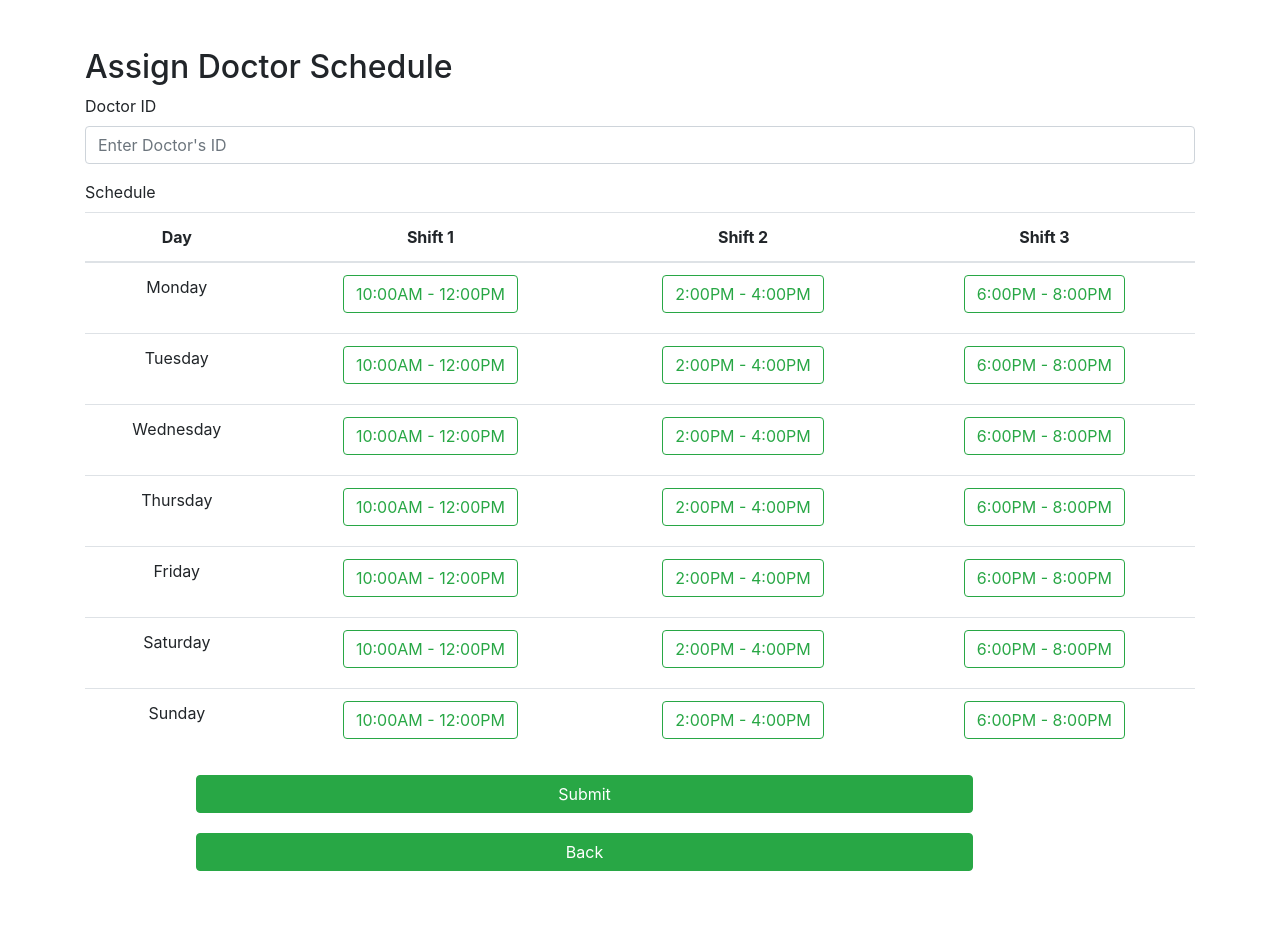
Repository: theonlymono/FitfinityHealthcareWebsiteJ2EE
Page: http://localhost/Fitfinity/DrSchedule.jsp
An editor plug-in stored every save of this project. The page is shown before and after a run of saves, followed by the edit.
The browser window is 1280 px wide. The pictures show the whole page.
Some web libraries are served in a nearby version. The page is served by Tomcat 9. Other server files are loaded and not shown.

Above is the page before, as saved 2024-02-27 18:26:40.

### fitfinity/Fitfinity/WebContent/DrSchedule.jsp
<%@ page language="java" contentType="text/html; charset=UTF-8" pageEncoding="UTF-8"%>
<!DOCTYPE html>
<html lang="en">
<head>
  <meta charset="UTF-8">
  <meta name="viewport" content="width=device-width, initial-scale=1.0">
  <title>Assign Doctor Schedule</title>
  <!-- Bootstrap CSS -->
  <link href="https://stackpath.bootstrapcdn.com/bootstrap/4.5.2/css/bootstrap.min.css" rel="stylesheet">
  <!-- Custom CSS -->
  <style>
    /* Add custom styles here */
    .shift-btn {
      margin-right: 10px;
      margin-bottom: 5px;
      display: none; /* Hide actual checkboxes */
    }
    .shift-btn.active-label {
      background-color: #007bff;
      color: #fff;
    }
    .shift-btn.active-label::before {
      content: "✔"; /* Display checkmark */
      margin-right: 5px;
    }
    .shift-btn:checked + label {
      background-color: #007bff;
      color: #fff;
    }
    th {
      text-align: center;
    }
    td {
      text-align: center;
    }
    .ddd{
     te
    }
  </style>
</head>
<body>
  <div class="container">
    <h2 class="mt-5">Assign Doctor Schedule</h2>
    <form action="AddDoctorSchedule" method="post">
      <div class="form-group">
        <label for="doctorID">Doctor ID</label>
        <input type="text" class="form-control" id="doctorID" name="doctorID" placeholder="Enter Doctor's ID">
      </div>
      <div class="form-group">
        <label>Schedule</label>
        <table class="table">
          <thead>
            <tr>
              <th>Day</th>
              <th>Shift 1</th>
              <th>Shift 2</th>
              <th>Shift 3</th>
            </tr>
          </thead>
          <tbody>
            <tr>
              <td>Monday</td>
              <td>
                <input type="checkbox" id="mondayShift1" class="shift-btn" name="shift" value="Monday,10:00AM - 12:00PM">
                <label for="mondayShift1" class="btn btn-outline-success shift-btn-label">10:00AM - 12:00PM</label>
              </td>
              <td>
                <input type="checkbox" id="mondayShift2" class="shift-btn" name="shift" value="Monday,2:00PM - 4:00PM">
                <label for="mondayShift2" class="btn btn-outline-success shift-btn-label">2:00PM - 4:00PM</label>
              </td>
              <td>
                <input type="checkbox" id="mondayShift3" class="shift-btn" name="shift" value="Monday,6:00PM - 8:00PM">
                <label for="mondayShift3" class="btn btn-outline-success shift-btn-label">6:00PM - 8:00PM</label>
              </td>
            </tr>
            <!-- Repeat rows for other days -->
            <!-- Tuesday -->
            <tr>
              <td>Tuesday</td>
              <td>
                <input type="checkbox" id="tuesdayShift1" class="shift-btn" name="shift" value="Tuesday,10:00AM - 12:00PM">
                <label for="tuesdayShift1" class="btn btn-outline-success shift-btn-label">10:00AM - 12:00PM</label>
              </td>
              <td>
                <input type="checkbox" id="tuesdayShift2" class="shift-btn" name="shift" value="Tuesday,2:00PM - 4:00PM">
                <label for="tuesdayShift2" class="btn btn-outline-success shift-btn-label">2:00PM - 4:00PM</label>
              </td>
              <td>
                <input type="checkbox" id="tuesdayShift3" class="shift-btn" name="shift" value="Tuesday,6:00PM - 8:00PM">
                <label for="tuesdayShift3" class="btn btn-outline-success shift-btn-label">6:00PM - 8:00PM</label>
              </td>
            </tr>
            <!-- Repeat rows for other days -->
            <!-- Wednesday -->
            <tr>
              <td>Wednesday</td>
              <td>
                <input type="checkbox" id="wednesdayShift1" class="shift-btn" name="shift" value="Wednesday,10:00AM - 12:00PM">
                <label for="wednesdayShift1" class="btn btn-outline-success shift-btn-label">10:00AM - 12:00PM</label>
              </td>
              <td>
                <input type="checkbox" id="wednesdayShift2" class="shift-btn" name="shift" value="Wednesday,2:00PM - 4:00PM">
                <label for="wednesdayShift2" class="btn btn-outline-success shift-btn-label">2:00PM - 4:00PM</label>
              </td>
              <td>
                <input type="checkbox" id="wednesdayShift3" class="shift-btn" name="shift" value="Wednesday,6:00PM - 8:00PM">
                <label for="wednesdayShift3" class="btn btn-outline-success shift-btn-label">6:00PM - 8:00PM</label>
              </td>
            </tr>
            <!-- Repeat rows for other days -->
            <!-- Thursday -->
            <tr>
              <td>Thursday</td>
              <td>
                <input type="checkbox" id="thursdayShift1" class="shift-btn" name="shift" value="Thursday,10:00AM - 12:00PM">
                <label for="thursdayShift1" class="btn btn-outline-success shift-btn-label">10:00AM - 12:00PM</label>
              </td>
              <td>
                <input type="checkbox" id="thursdayShift2" class="shift-btn" name="shift" value="Thursday,2:00PM - 4:00PM">
                <label for="thursdayShift2" class="btn btn-outline-success shift-btn-label">2:00PM - 4:00PM</label>
              </td>
              <td>
                <input type="checkbox" id="thursdayShift3" class="shift-btn" name="shift" value="Thursday,6:00PM - 8:00PM">
                <label for="thursdayShift3" class="btn btn-outline-success shift-btn-label">6:00PM - 8:00PM</label>
              </td>
            </tr>
            <!-- Repeat rows for other days -->
            <!-- Friday -->
            <tr>
              <td>Friday</td>
              <td>
                <input type="checkbox" id="fridayShift1" class="shift-btn" name="shift" value="Friday,10:00AM - 12:00PM">
                <label for="fridayShift1" class="btn btn-outline-success shift-btn-label">10:00AM - 12:00PM</label>
              </td>
              <td>
                <input type="checkbox" id="fridayShift2" class="shift-btn" name="shift" value="Friday,2:00PM - 4:00PM">
                <label for="fridayShift2" class="btn btn-outline-success shift-btn-label">2:00PM - 4:00PM</label>
              </td>
              <td>
                <input type="checkbox" id="fridayShift3" class="shift-btn" name="shift" value="Friday,6:00PM - 8:00PM">
                <label for="fridayShift3" class="btn btn-outline-success shift-btn-label">6:00PM - 8:00PM</label>
              </td>
            </tr>
            <!-- Repeat rows for other days -->
            <!-- Saturday -->
            <tr>
              <td>Saturday</td>
              <td>
                <input type="checkbox" id="saturdayShift1" class="shift-btn" name="shift" value="Saturday,10:00AM - 12:00PM">
                <label for="saturdayShift1" class="btn btn-outline-success shift-btn-label">10:00AM - 12:00PM</label>
              </td>
              <td>
                <input type="checkbox" id="saturdayShift2" class="shift-btn" name="shift" value="Saturday,2:00PM - 4:00PM">
                <label for="saturdayShift2" class="btn btn-outline-success shift-btn-label">2:00PM - 4:00PM</label>
              </td>
              <td>
                <input type="checkbox" id="saturdayShift3" class="shift-btn" name="shift" value="Saturday,6:00PM - 8:00PM">
                <label for="saturdayShift3" class="btn btn-outline-success shift-btn-label">6:00PM - 8:00PM</label>
              </td>
            </tr>
            <!-- Repeat rows for other days -->
            <!-- Sunday -->
            <tr>
              <td>Sunday</td>
              <td>
                <input type="checkbox" id="sundayShift1" class="shift-btn" name="shift" value="Sunday,10:00AM - 12:00PM">
                <label for="sundayShift1" class="btn btn-outline-success shift-btn-label">10:00AM - 12:00PM</label>
              </td>
              <td>
                <input type="checkbox" id="sundayShift2" class="shift-btn" name="shift" value="Sunday,2:00PM - 4:00PM">
                <label for="sundayShift2" class="btn btn-outline-success shift-btn-label">2:00PM - 4:00PM</label>
              </td>
              <td>
                <input type="checkbox" id="sundayShift3" class="shift-btn" name="shift" value="Sunday,6:00PM - 8:00PM">
                <label for="sundayShift3" class="btn btn-outline-success shift-btn-label">6:00PM - 8:00PM</label>
              </td>
            </tr>
          </tbody>
        </table>
      </div>
      <button style="margin-left: 10%; width: 70%; " type="submit" class="btn btn-success">Submit</button>
    </form>
    <button style="margin-top: 20px; margin-left: 10%; width: 70%; " type="submit" class="btn btn-success">Back</button>
    <br>
    <br>
    <br>
    <br>
  </div>

  <!-- Bootstrap JS -->
  <script src="https://code.jquery.com/jquery-3.5.1.slim.min.js"></script>
  <script src="https://cdn.jsdelivr.net/npm/@popperjs/core@2.5.4/dist/umd/popper.min.js"></script>
  <script src="https://stackpath.bootstrapcdn.com/bootstrap/4.5.2/js/bootstrap.min.js"></script>
  <!-- Custom JS -->
  <script>
    // Disable selecting other shifts in the same day once one shift is selected
    $('.shift-btn').click(function() {
      var day = $(this).parent().prevAll('td').last().text().trim();
      $('.shift-btn').each(function() {
        if ($(this).parent().prevAll('td').last().text().trim() === day && $(this).hasClass('active')) {
          $(this).prop('checked', false);
          $(this).removeClass('active');
        }
      });
      $(this).addClass('active');
    });
  </script>
</body>
</html>

After the next 2 saves:
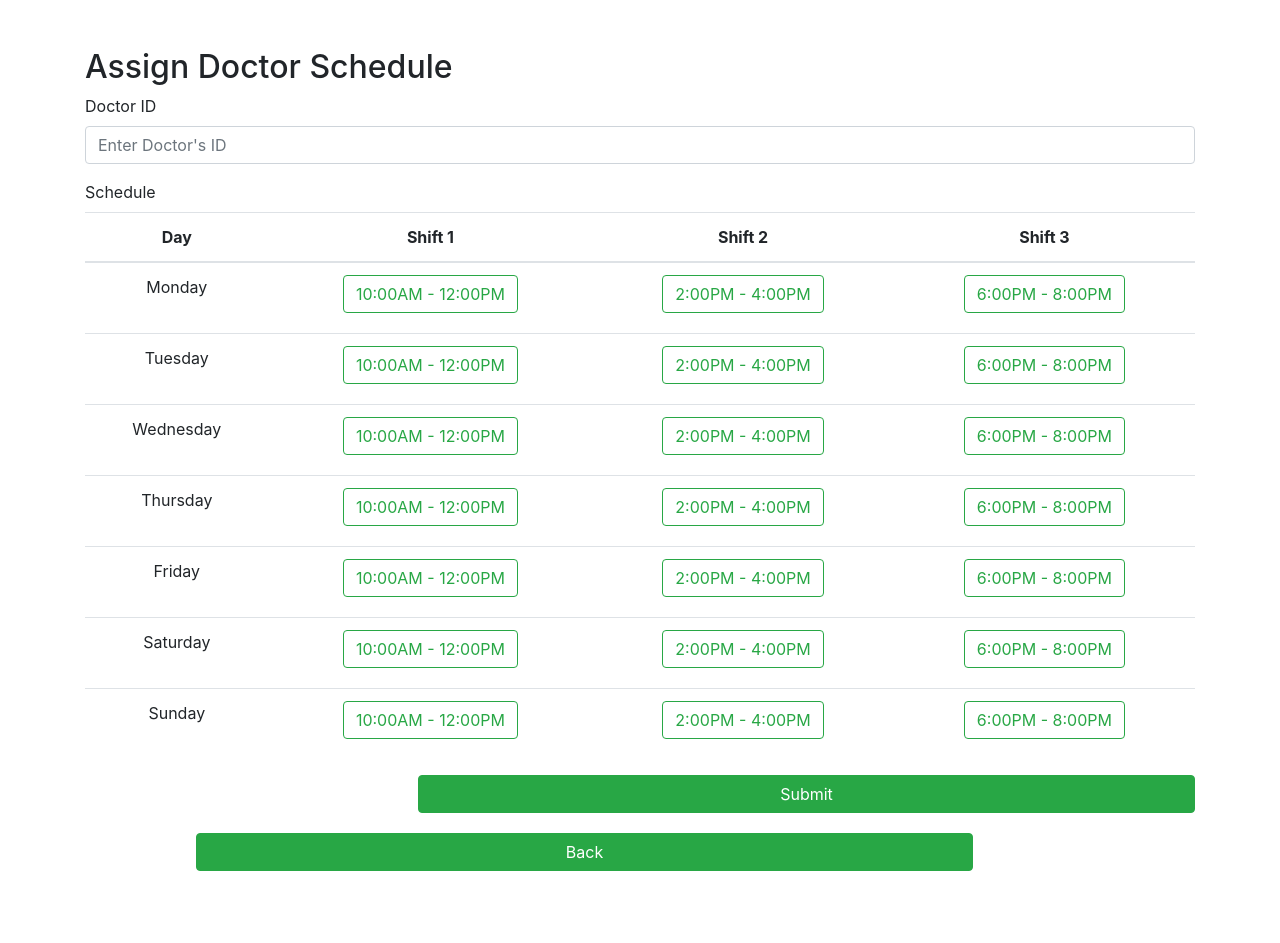
The 2 saves are shown as one change because they came seconds apart.
The last was saved 14 s later.
--- a/fitfinity/Fitfinity/WebContent/DrSchedule.jsp
+++ b/fitfinity/Fitfinity/WebContent/DrSchedule.jsp
@@ -178,7 +178,7 @@
           </tbody>
         </table>
       </div>
-      <button style="margin-left: 10%; width: 70%; " type="submit" class="btn btn-success">Submit</button>
+      <button style="margin-left: 30%; width: 70%; " type="submit" class="btn btn-success">Submit</button>
     </form>
     <button style="margin-top: 20px; margin-left: 10%; width: 70%; " type="submit" class="btn btn-success">Back</button>
     <br>
